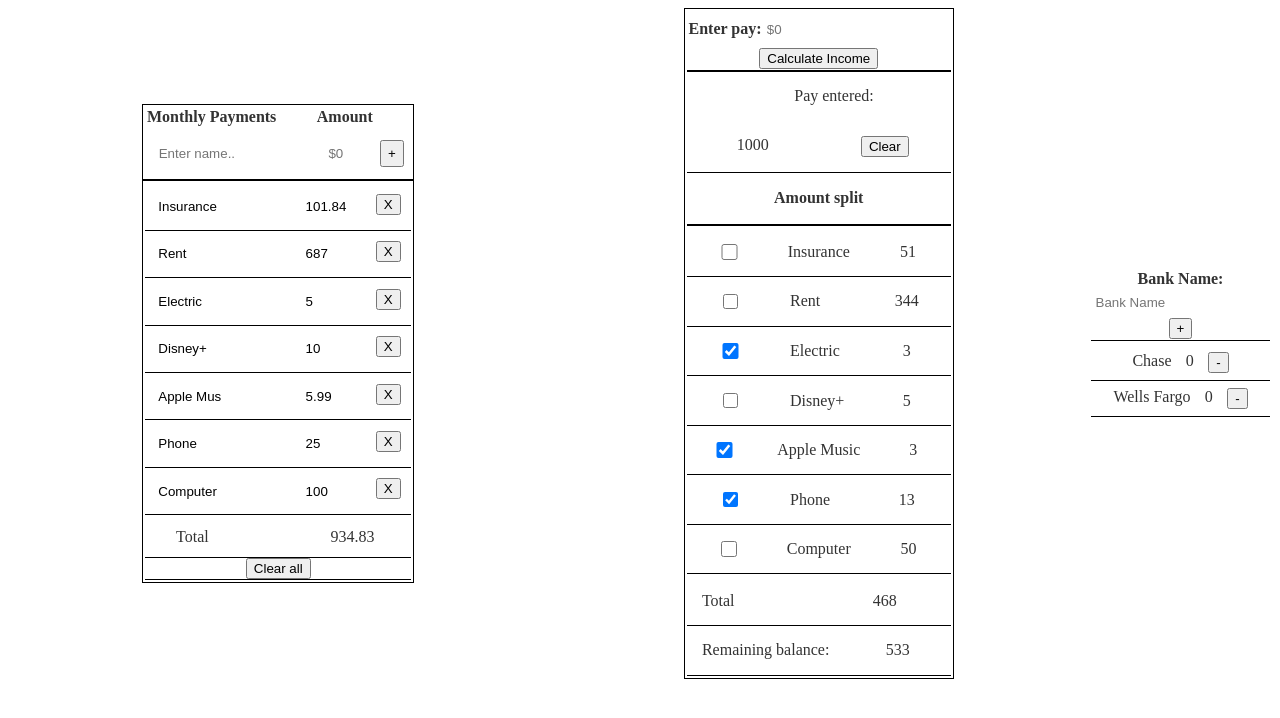
Repository: Kayla-amr/final-project-vue
Page: /
The author's editor kept a copy of each file at every save. The page is drawn from the files as they stood at one save, then again after the next save.
The browser window is 1280 px wide. The pictures show the whole page.
The project was rebuilt for these pictures with package versions that can differ from the ones it lists, and the page was loaded fresh each time. Also part of the build but not shown: vite.config.js.

Above is the page before, as saved 2023-04-12 07:05:59.

After the next save:
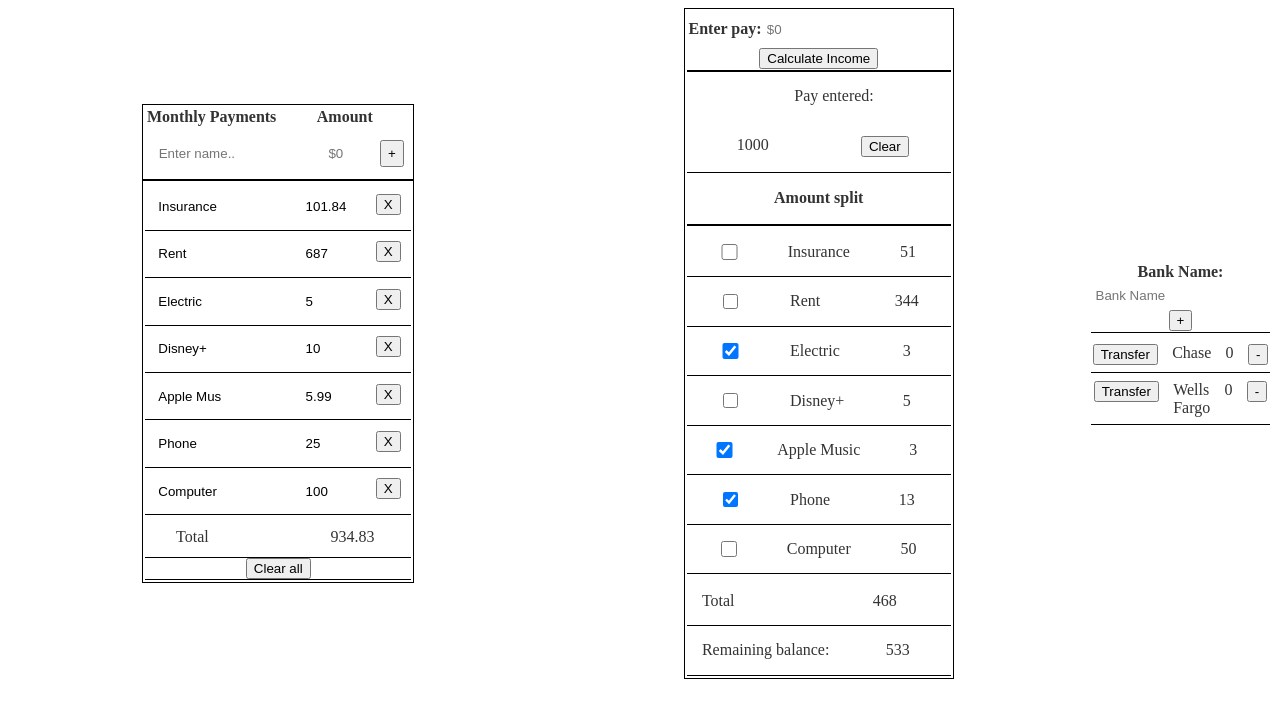
Saved 4 s later.
--- a/src/components/BankTransfer.vue
+++ b/src/components/BankTransfer.vue
@@ -18,7 +18,7 @@
         <table>
             <tbody>
                 <tr v-for="bank in banks" :key="bank.id">
-
+                    <td><button @click="transferToBank(bank.id)">Transfer</button></td>
                     <td>{{ bank.name }}</td>
                     <td>{{ bank.amount }}</td>
                     <td> <button type="delete" @click="removeBank(bank.id)">-</button></td>
